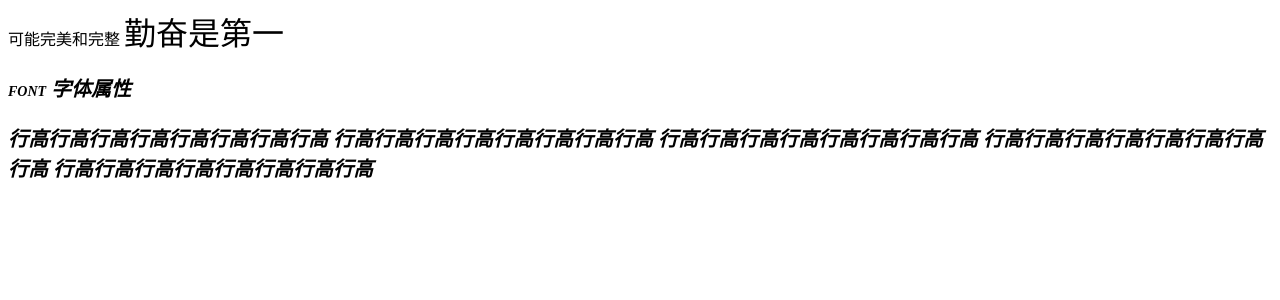
Repository: yuquan1006/-
Page: 02_css/demo.html
An editor plug-in stored every save of this project. The page is shown before and after a run of saves, followed by the edit.
The browser window is 1280 px wide. The pictures show the whole page.

Above is the page before, as saved 2023-06-26 10:55:48.

After the next 2 saves:
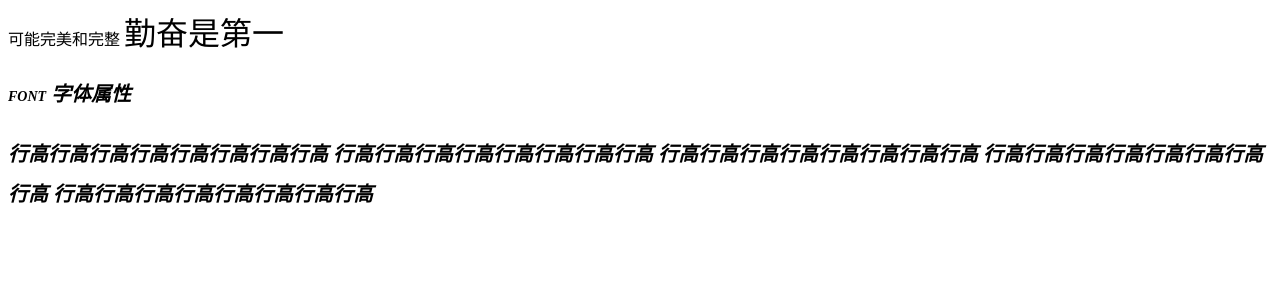
The 2 saves are shown as one change because they came seconds apart.
The last was saved 87 s later.
--- a/02_css/demo.html
+++ b/02_css/demo.html
@@ -13,7 +13,7 @@
         /* font 字体属性  CSS中，有很多非布局样式（与布局无关），包括：字体、行高、颜色、大小、背景、边框、滚动、换行、装饰性属性（粗体、斜体、下划线）等。 这一段，我们先来讲一下字体属性*/
         p{
             font-size: 20px; 		/*字体大小*/
-            line-height: 30px;      /*行高*/
+            line-height: 200%;      /*行高*/
             font-family: 微软雅黑,黑体; 	/*字体类型：如果没有微软雅黑就显示黑体，没有黑体就显示默认*/
             font-style: italic ;		/*italic表示斜体，normal表示不倾斜*/
             font-weight: bold;	/*粗体*/
